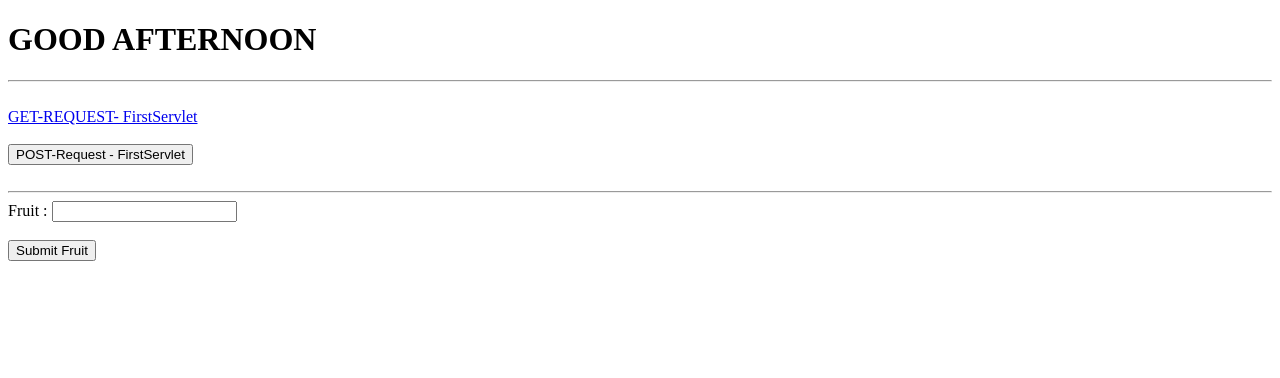
Repository: sunbeam-modular/IIT-08-B-Java
Page: Day06/codes/day1/secondapp/src/main/webapp/index.html
An editor plug-in stored every save of this project. The page is shown before and after the next save, followed by the edit.
The browser window is 1280 px wide. The pictures show the whole page.

Above is the page before, as saved 2025-12-22 10:24:04.

After the next save:
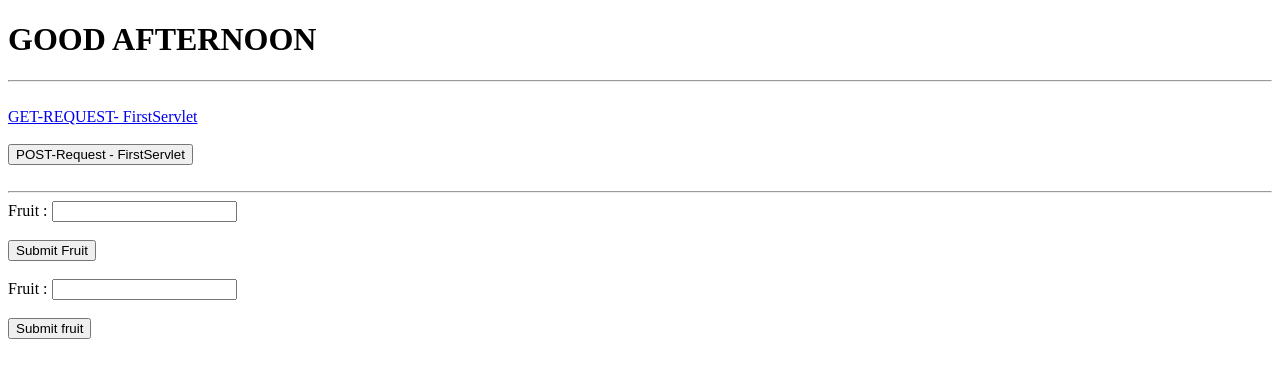
Saved 30 s later.
--- a/Day06/codes/day1/secondapp/src/main/webapp/index.html
+++ b/Day06/codes/day1/secondapp/src/main/webapp/index.html
@@ -29,6 +29,8 @@ Fruit : <input type = "text" name = "fruit"/><br><br/>
 </div>
 <div>
 <form method = "post" action = "second">
+Fruit : <input type = "text" name = "fruit"/><br><br/>
+<input type = "submit" value = "Submit fruit"/>
 </form>
 </div>
 </body>
